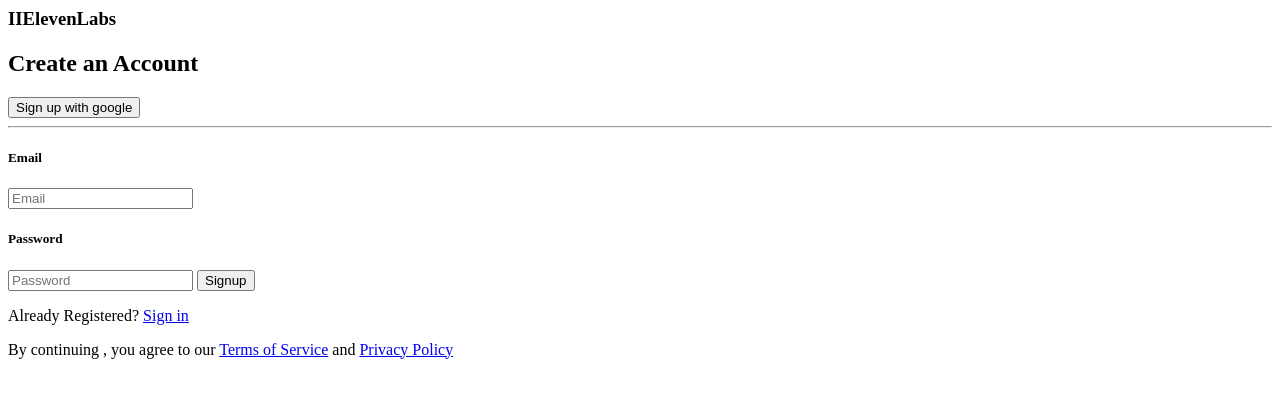
Repository: RohanSai22/harkirat-cohort-learnings
Page: Web/w1_a.html
An editor plug-in stored every save of this project. The page is shown before and after the next save, followed by the edit.
The browser window is 1280 px wide. The pictures show the whole page.

Above is the page before, as saved 2026-03-24 10:01:46.

### Web/w1_a.html
<html>
    <head>
        <title>Elevel Labs Assignment</title>
    </head>
    <body>
        <div>
            <h3>IIElevenLabs</h3>
        </div>
        <div>
            <h2>Create an Account</h2>
            <button onclick="window.location.href='https://www.gmail.com'">Sign up with google</button>
            <hr>
            <h5>Email</h5>
            <input type="email" placeholder="Email"/>
            <h5>Password</h5>
            <input type="password" placeholder="Password"/>
            <button>Signup</button>
            <p>
                Already Registered?
                <a href="https://www.gmail.com">Sign in</a>
            </p>
        </div>
        <div>
            By continuing , you agree to our <a href="https://www.google.com/terms-and-conditions">Terms of Service</a> and <a href="https://www.google.com/privacy-policy">Privacy Policy</a>
        </div>
    </body>
</html>

After the next save:
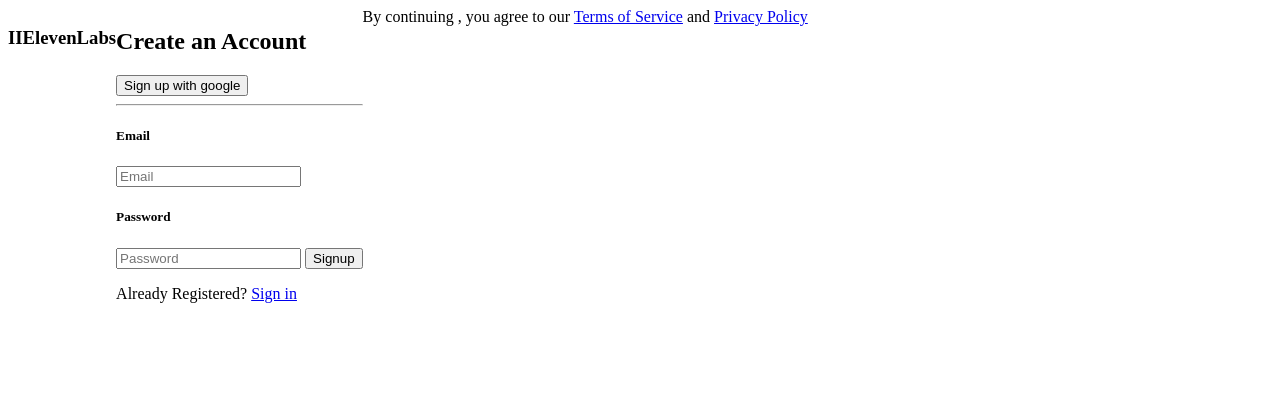
Saved 71 s later.
--- a/Web/w1_a.html
+++ b/Web/w1_a.html
@@ -3,25 +3,27 @@
         <title>Elevel Labs Assignment</title>
     </head>
     <body>
-        <div>
-            <h3>IIElevenLabs</h3>
-        </div>
-        <div>
-            <h2>Create an Account</h2>
-            <button onclick="window.location.href='https://www.gmail.com'">Sign up with google</button>
-            <hr>
-            <h5>Email</h5>
-            <input type="email" placeholder="Email"/>
-            <h5>Password</h5>
-            <input type="password" placeholder="Password"/>
-            <button>Signup</button>
-            <p>
-                Already Registered?
-                <a href="https://www.gmail.com">Sign in</a>
-            </p>
-        </div>
-        <div>
-            By continuing , you agree to our <a href="https://www.google.com/terms-and-conditions">Terms of Service</a> and <a href="https://www.google.com/privacy-policy">Privacy Policy</a>
+        <div style="display: flex;">
+            <div>
+                <h3>IIElevenLabs</h3>
+            </div>
+            <div>
+                <h2>Create an Account</h2>
+                <button onclick="window.location.href='https://www.gmail.com'">Sign up with google</button>
+                <hr>
+                <h5>Email</h5>
+                <input type="email" placeholder="Email"/>
+                <h5>Password</h5>
+                <input type="password" placeholder="Password"/>
+                <button>Signup</button>
+                <p>
+                    Already Registered?
+                    <a href="https://www.gmail.com">Sign in</a>
+                </p>
+            </div>
+            <div>
+                By continuing , you agree to our <a href="https://www.google.com/terms-and-conditions">Terms of Service</a> and <a href="https://www.google.com/privacy-policy">Privacy Policy</a>
+            </div>
         </div>
     </body>
 </html>
